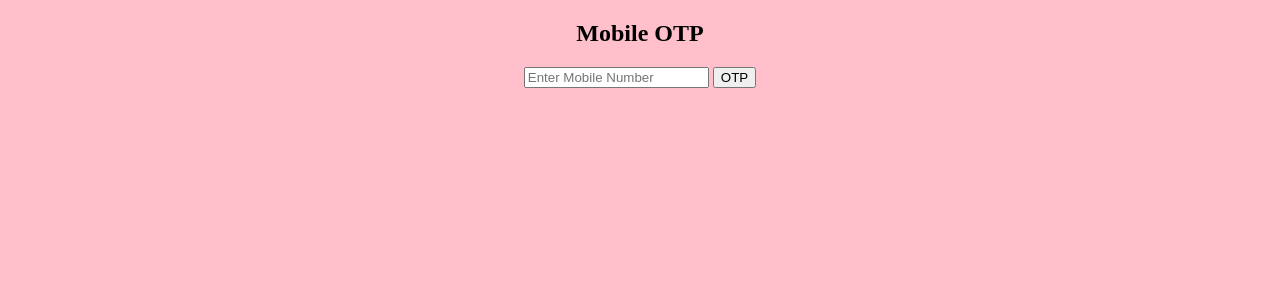
Repository: singhmohan333/springframework
Page: http://localhost/HelloWorld/
These files come from the project's save history. The page is drawn as it stood at one moment and after the next save; the edit follows.
The browser window is 1280 px wide. The pictures show the whole page.
The page is served by Tomcat 9. Nobody is signed in. The application's start-up code is not run.

Above is the page before, as saved 2018-01-25 02:04:40.
Console error (its wording comes from the project's code and is left out).

After the next save:
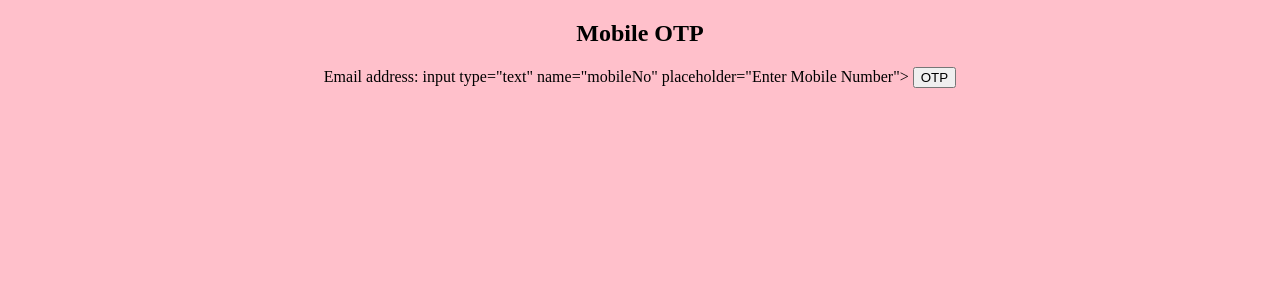
Saved 58 s later.
--- a/HelloWorld/src/main/webapp/index.jsp
+++ b/HelloWorld/src/main/webapp/index.jsp
@@ -9,7 +9,7 @@
 		<h2>Mobile OTP</h2>
 		<div class="form-group">
 		<form onclick="/SMSClass">
-		<input type="text" name="mobileNo" placeholder="Enter Mobile Number">
+		<label for="mobilenumber">Email address:</label> input type="text" name="mobileNo" placeholder="Enter Mobile Number">
 		<input type="submit" value="OTP">
 
 		</form>
